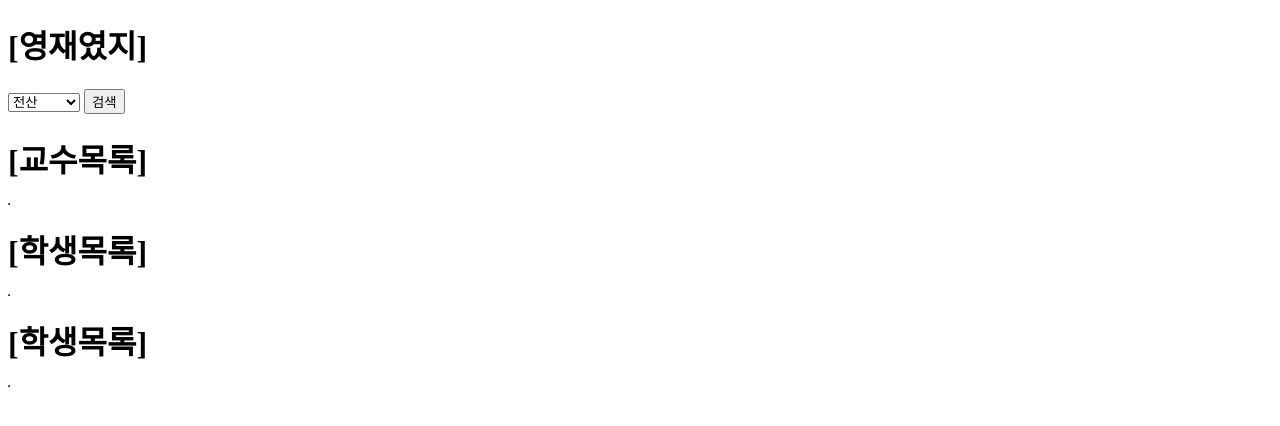
Repository: whwlsghkstm/html
Page: Ex0507/WebContent/list.html
An editor plug-in stored every save of this project. The page is shown before and after the next save, followed by the edit.
The browser window is 1280 px wide. The pictures show the whole page.
Some web libraries are served in a nearby version.

Above is the page before, as saved 2020-05-07 08:28:37.

After the next save:
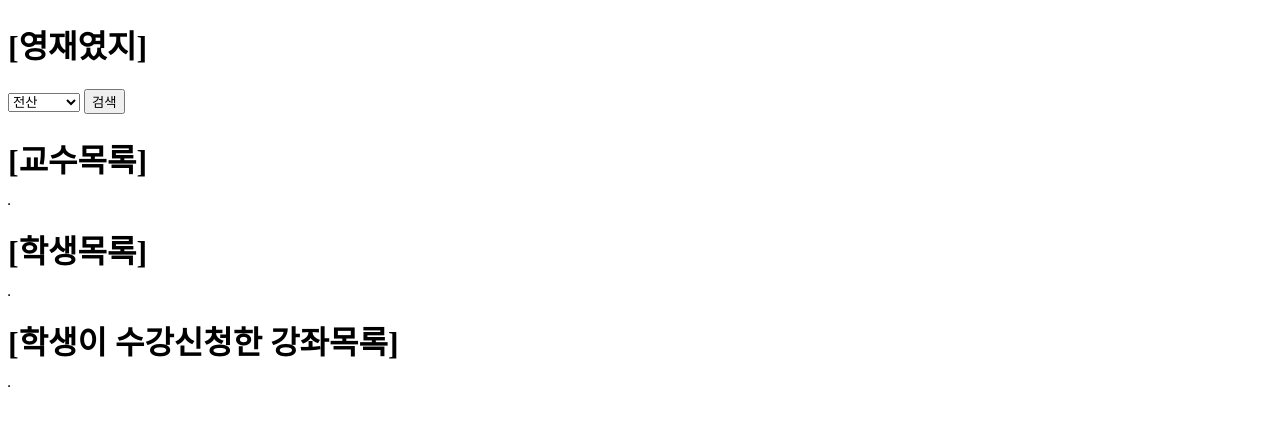
Saved 2 h 56 min later.
--- a/Ex0507/WebContent/list.html
+++ b/Ex0507/WebContent/list.html
@@ -64,7 +64,7 @@
 	</script>
 	<span id="total1"></span>
 
-	<h1>[학생목록]</h1>
+	<h1>[학생이 수강신청한 강좌목록]</h1>
 	<table id="tab2" border=1></table>
 	<script id="temp2" type="text/x-handlebars-template">
 			<tr class="title2">
